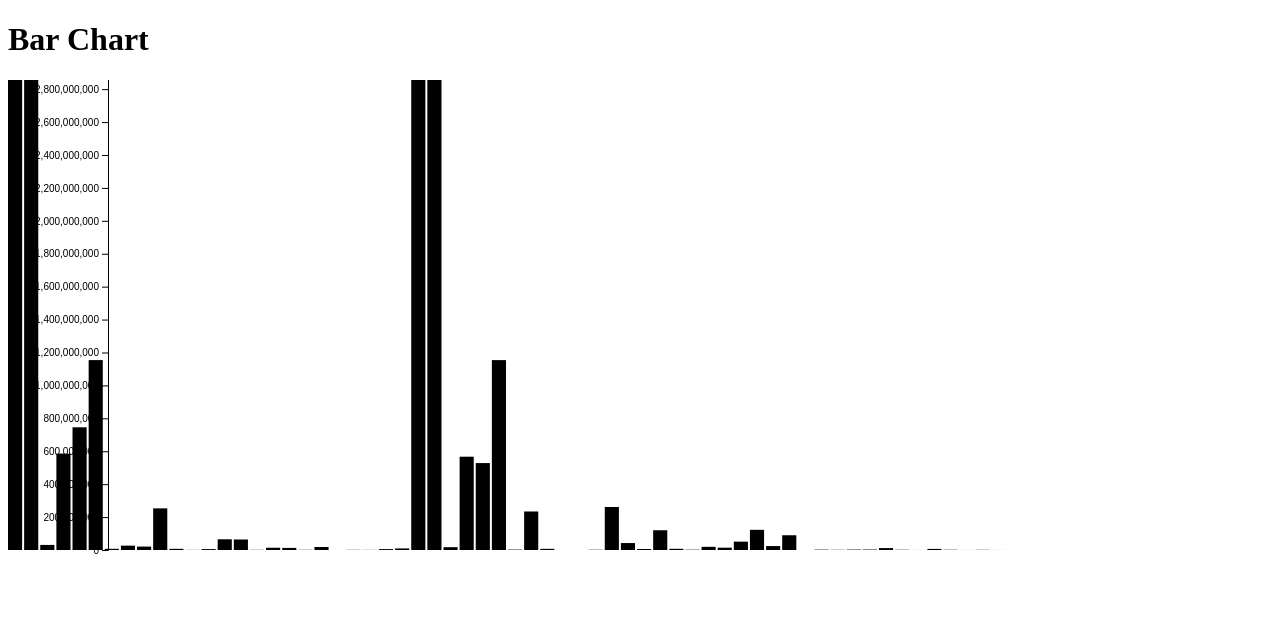
Repository: komalharjani/d3js-visualisation
Page: index.html
These files come from the project's save history. The page is drawn as it stood at one moment and after the next save; the edit follows.
The browser window is 1280 px wide. The pictures show the whole page.

Above is the page before, as saved 2020-04-29 18:26:55.

### index.html
<!DOCTYPE html>
<html lang="en">
<head>
    <meta charset="UTF-8">
    <meta name="viewport" content="width=device-width, initial-scale=1.0">
    <title>Information Visualisation Practical 3</title>
</head>
<body>
    <div id="barChart"></div>
    <h1>Bar Chart</h1>

</body>
<script src="https://d3js.org/d3.v5.min.js"></script>
<script src="index.js"></script>
</html>

### index.js

let dataPath = "data/energy.csv";
d3.csv(dataPath)
        .then(function (data) {

                let finals = [];

                //Filter Data into new object
                for (let i = 0; i < data.length; i++) {
                        if (data[i].region == "Combined" && data[i].year == 1990) {
                                finals.push({
                                        amount: parseInt(data[i].amount),
                                        type: data[i].type,
                                })
                        }
                }
                console.log(finals);

                let width = 1000;
                let height = 500;
                let margin = {
                        top: 20,
                        right: 20,
                        bottom: 20,
                        left: 50
                };
                let barwidth = (width / finals.length);

                //Append to HTML Document
                let svg = d3.select("body")
                        .append("svg")
                        .attr("height", height)
                        .attr("width", width);

                //Scales
                let xscale = d3.scaleLinear()
                        .domain([0, d3.max(finals, d => d.amount)])
                        .range([0, width]);

                let yscale = d3.scaleLinear()
                        .domain([0, d3.max(finals, d => d.amount)])
                        .range([height, 0]);

                // text scales
                // let yscale = d3.scaleBand()
                // .domain(data.map(d => d.type))
                // .range(0, width);

                //Axis

                let y_axis = d3.axisLeft()
                        .scale(yscale);

                svg.append("g")
                        .attr("transform", "translate(100,-30)")
                        .call(y_axis)


                //X Axis
                // let x_axis = d3.axisBottom()
                //         .scale(xscale);
                // let xAxisTranslate = height - 30;
                // svg.append("g")
                //         .attr("transform", "translate(100, " + xAxisTranslate + ")")
                //         .call(x_axis)

                //Barchart
                svg.selectAll("body") //add rectangles to all data
                        .data(finals) //provide finals as dataset
                        .enter()
                        .append("rect")
                        .attr("y", function (d) {
                                return height - xscale(d.amount);
                        })
                        .attr("height", function (d) {
                                return xscale(d.amount);
                        })
                        .attr("width", barwidth - 2)
                        .attr("transform", function (d, i) {
                                let translate = [barwidth * i,-30];
                                return "translate(" + translate + ")";
                        })
                        .attr("fill", 'black');

                // Barchart Text
                // let text = svg.selectAll("text")
                //         .data(finals)
                //         .enter()
                //         .append("text")
                //         .text(function (d) {
                //                 return d.amount;
                //         })
                //         .attr("y", function (d, i) {
                //                 return height - xscale(d.amount) - 2;
                //         })
                //         .attr("x", function (d, i) {
                //                 return barwidth * i - 30;
                //         })

        });

After the next save:
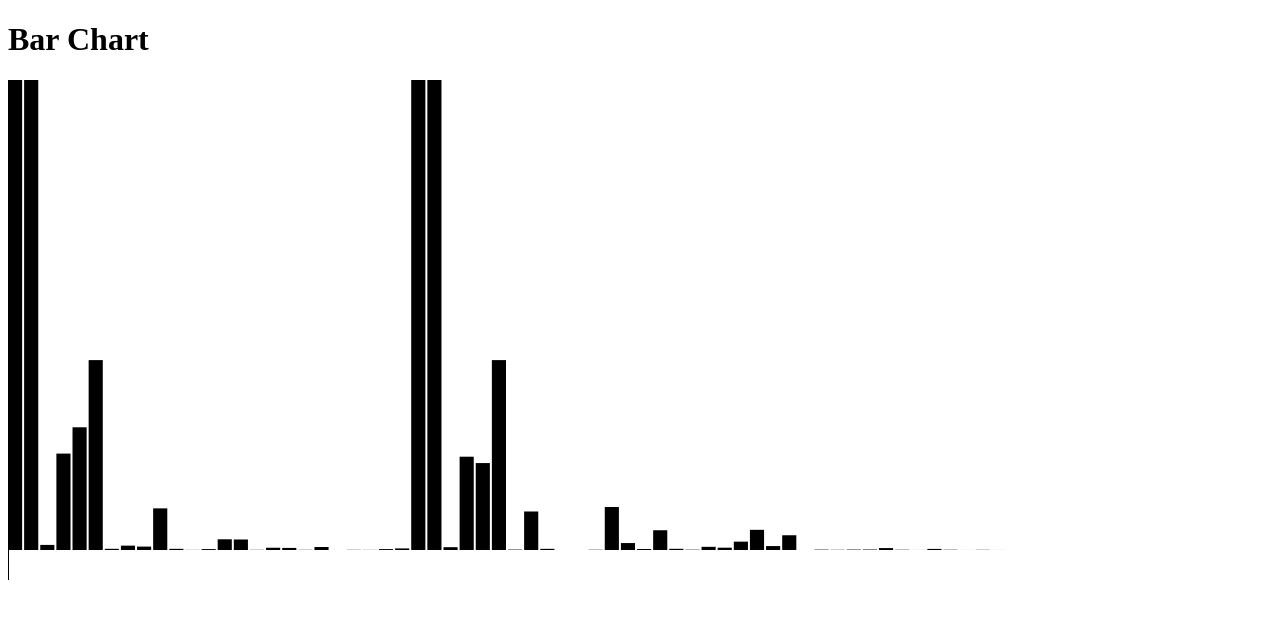
Saved 7 s later.
--- a/index.js
+++ b/index.js
@@ -51,7 +51,7 @@ d3.csv(dataPath)
                 let y_axis = d3.axisLeft()
                         .scale(yscale);
 
-                svg.append("g")
+                svg.append("svg")
                         .attr("transform", "translate(100,-30)")
                         .call(y_axis)
 
